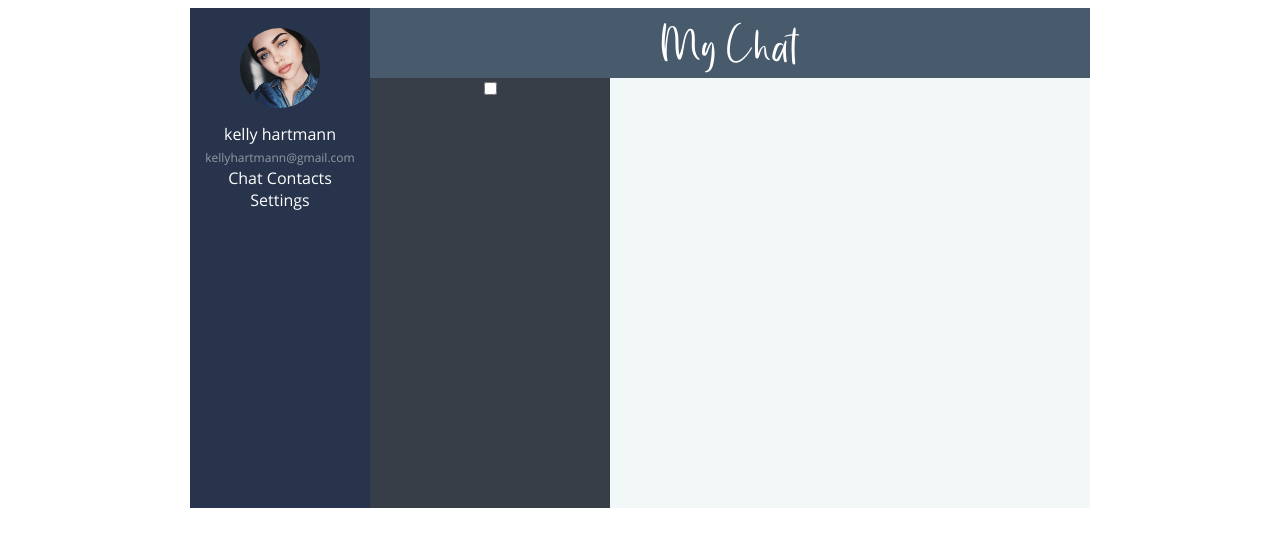
Repository: chathura226/SeekWork_Group_Project_I
Page: http://localhost/
These files come from the project's save history. The page is drawn as it stood at one moment and after the next save; the edit follows.
The browser window is 1280 px wide. The pictures show the whole page.
The page is run by PHP 8.4 with error messages shown; the project is at /var/www/html/.

Above is the page before, as saved 2023-12-02 14:00:32.

After the next save:
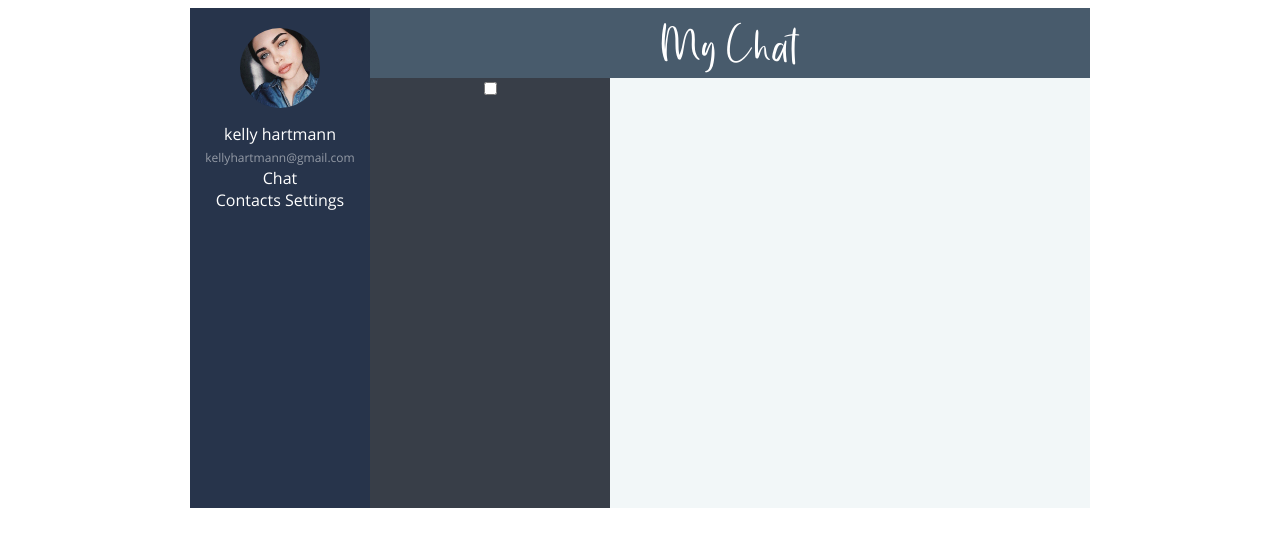
Saved 72 s later.
--- a/chat/index.php
+++ b/chat/index.php
@@ -96,7 +96,7 @@
                     <br>
                     <span style="font-size:12px; opacity:0.5;">kellyhartmann@gmail.com</span>
                     <div>
-                        <label>Chat</label>
+                        <label>Chat</label><br>
                         <label>Contacts</label>
                         <label>Settings</label>
                     </div>

After the 2 saves that followed:
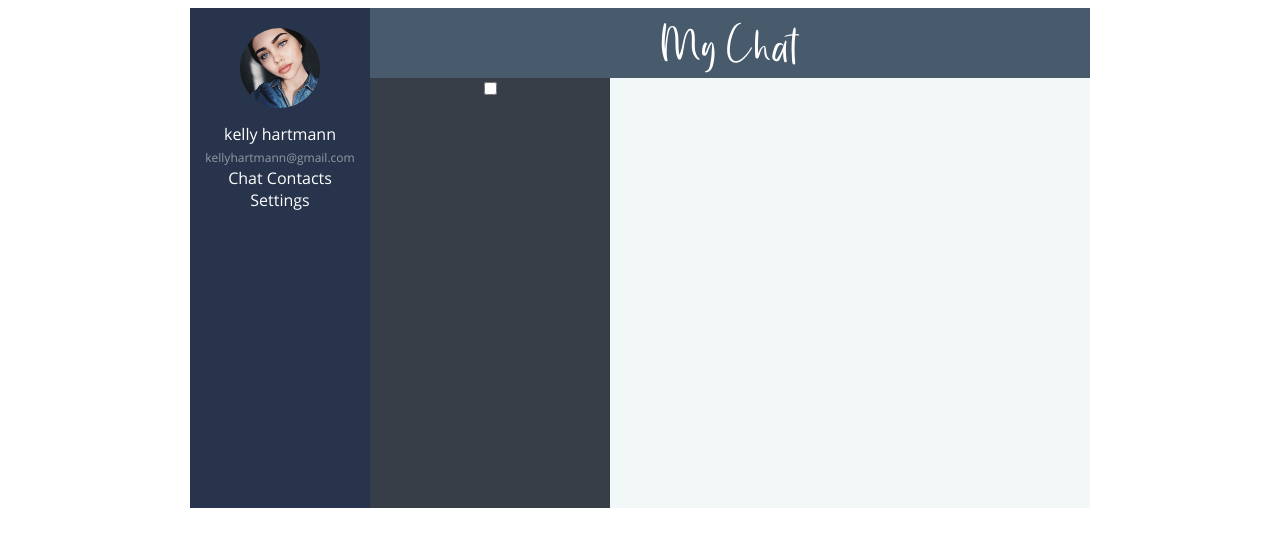
The 2 saves are shown as one change because 1 left the picture as it was.
The last was saved 74 s later.
--- a/chat/index.php
+++ b/chat/index.php
@@ -96,7 +96,7 @@
                     <br>
                     <span style="font-size:12px; opacity:0.5;">kellyhartmann@gmail.com</span>
                     <div>
-                        <label>Chat</label><br>
+                        <label for ="box">Chat</label>
                         <label>Contacts</label>
                         <label>Settings</label>
                     </div>
